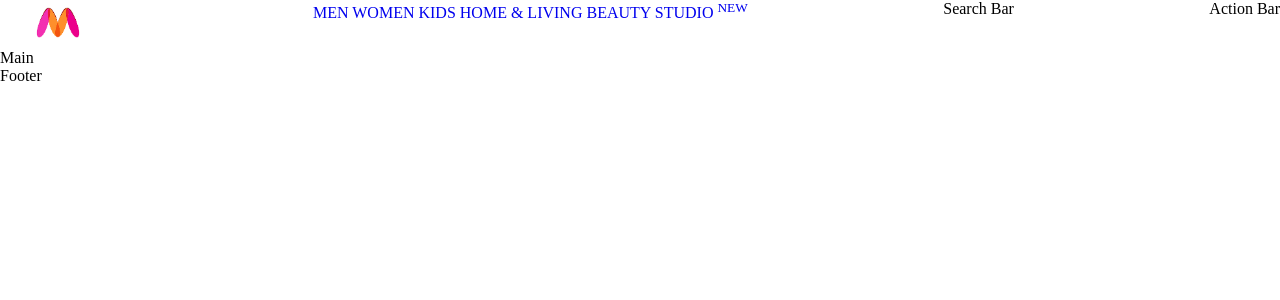
Repository: nihalani20/CSS-by-KG
Page: Myntra clone/inex.html
An editor plug-in stored every save of this project. The page is shown before and after a run of saves, followed by the edit.
The browser window is 1280 px wide. The pictures show the whole page.

Above is the page before, as saved 2023-11-30 17:03:55.

After the next 3 saves:
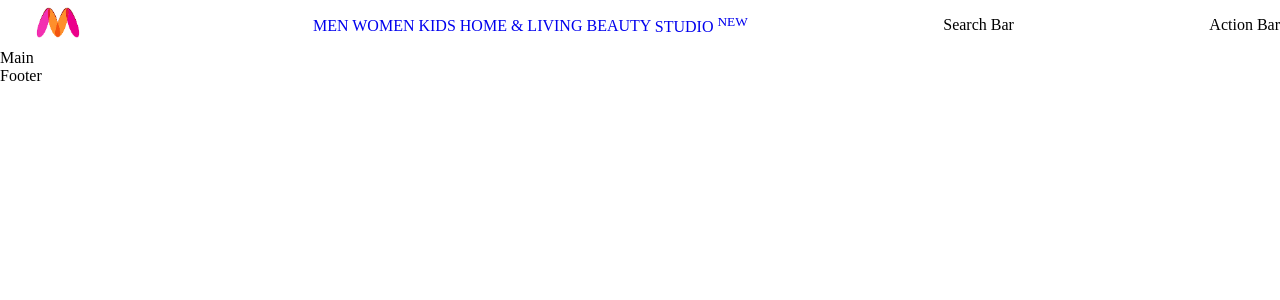
The 3 saves are shown as one change because they came seconds apart.
The last was saved 10 s later.
--- a/Myntra clone/styles.css
+++ b/Myntra clone/styles.css
@@ -6,7 +6,7 @@
 header{
     display: flex;
     justify-content: space-between;
-    a
+    align-items:center
 }
 .logo_container img{
    height: 45px;

After the 3 saves that followed:
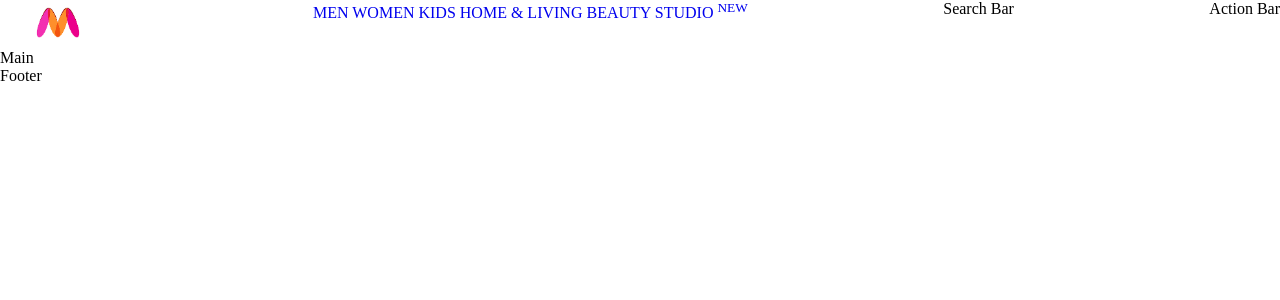
The 3 saves are shown as one change because they came seconds apart.
The last was saved 15 s later.
--- a/Myntra clone/styles.css
+++ b/Myntra clone/styles.css
@@ -6,7 +6,7 @@
 header{
     display: flex;
     justify-content: space-between;
-    align-items:center
+    /* align-items:center */
 }
 .logo_container img{
    height: 45px;
